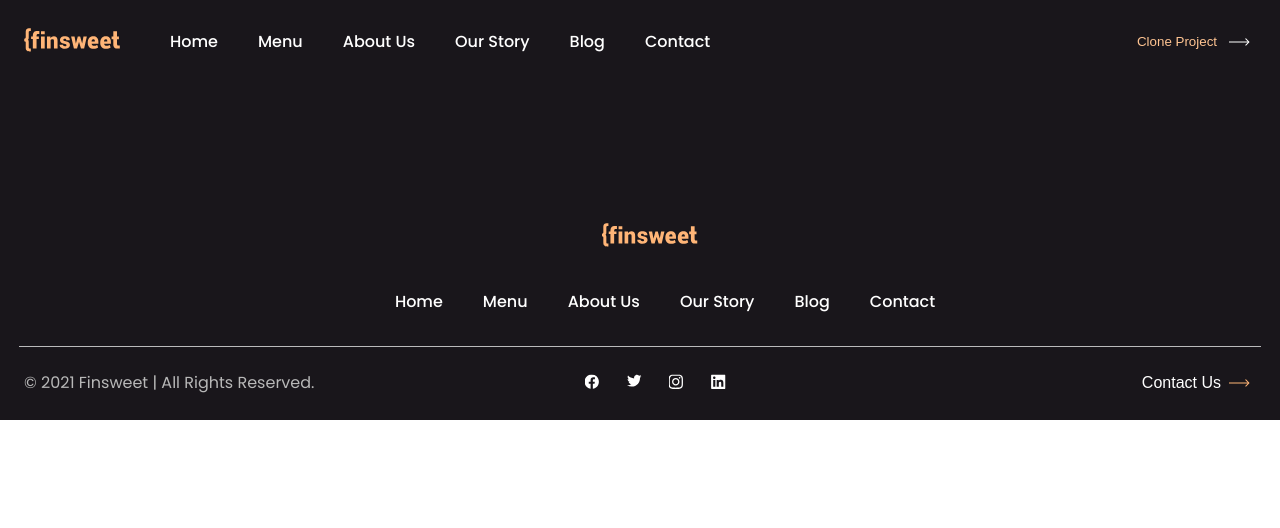
Repository: Minns-Cao/project-finsweet
Page: contact.html
An editor plug-in stored every save of this project. The page is shown before and after a run of saves, followed by the edit.
The browser window is 1280 px wide. The pictures show the whole page.
Some web fonts or font styles are not loaded; a fallback is used.

Above is the page before, as saved 2023-04-28 15:26:19.

After the next 3 saves:
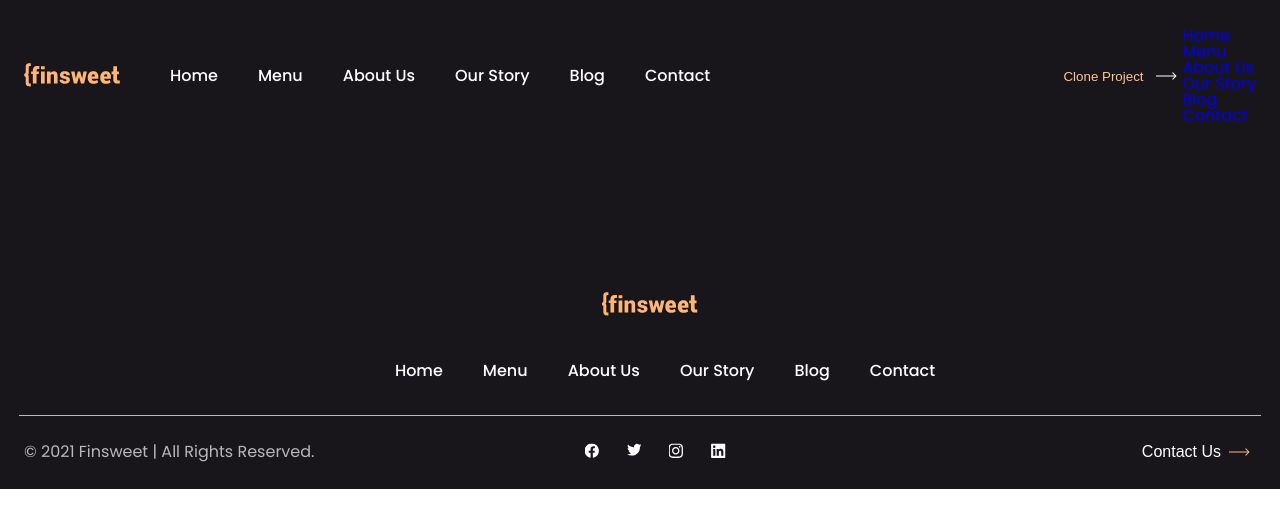
The 3 saves are shown as one change because they came seconds apart.
The last was saved 41 s later.
--- a/contact.html
+++ b/contact.html
@@ -79,6 +79,28 @@
                     </div>
 
                     <div class="overlay"></div>
+                    <div class="nav-mb">
+                        <ul>
+                            <li>
+                                <a href="./index.html">Home</a>
+                            </li>
+                            <li>
+                                <a href="./menu.html">Menu</a>
+                            </li>
+                            <li>
+                                <a href="./aboutUs.html">About Us</a>
+                            </li>
+                            <li>
+                                <a href="./ourStory.html">Our Story</a>
+                            </li>
+                            <li>
+                                <a href="./blog.html">Blog</a>
+                            </li>
+                            <li>
+                                <a href="./contact.html">Contact</a>
+                            </li>
+                        </ul>
+                    </div>
                 </div>
             </div>
         </header>
